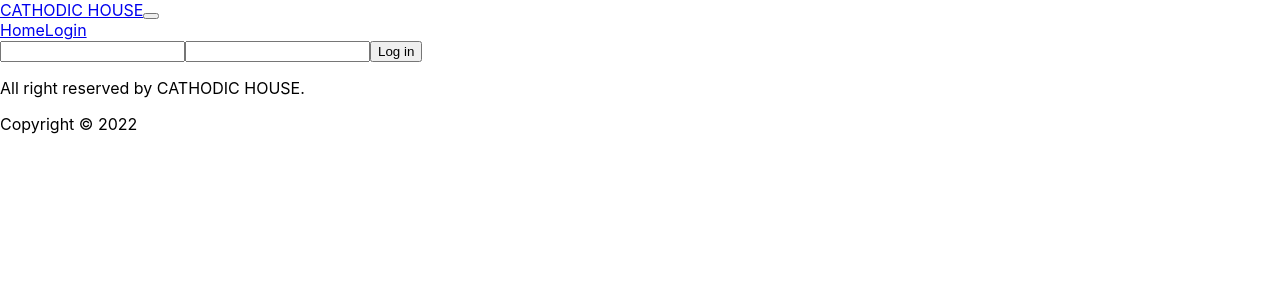
Repository: grnisna/warehouse-management-client-11
Page: /login
The author's editor kept a copy of each file at every save. The page is drawn from the files as they stood at one save, then again after the next save.
The browser window is 1280 px wide. The pictures show the whole page.
The project was rebuilt for these pictures with package versions that can differ from the ones it lists, and the page was loaded fresh each time. Also part of the build but not shown: src/components/Home/Carosel/Carosel.css, src/components/Home/Carosel/Carosel.js, src/components/Hooks/UseItems/UseItems.js, src/components/Home/Item/Item.css, src/components/Home/Item/Item.js, src/components/Home/Items/Items.css, src/components/Home/Items/Items.js, src/components/Home/Home.js and 2 more.

Above is the page before, as saved 2022-05-09 12:07:09.

### src/App.js
import { Route, Routes } from 'react-router-dom';
import Login from './components/Login/Login/Login';
import Header from './components/Home/Header/Header';
import Home from './components/Home/Home';
import ItemDetail from './components/Home/ItemDetail/ItemDetail';
import Footer from './components/Home/Footer/Footer';
import Carosel from './components/Home/Carosel/Carosel';


function App() {
  return (
    <div>
      <Header></Header>
      <Routes>
        <Route path='/' element={<Home></Home>} ></Route>
        <Route path='/home' element={<Home></Home>} ></Route>
        <Route path='/carosel' element={<Carosel></Carosel>} ></Route>
        <Route path='/itemDetail/:itemId' element={<ItemDetail></ItemDetail>} ></Route>
        <Route path='/login' element={<Login></Login>} ></Route>
      </Routes>
      <Footer></Footer>
    </div>
  );
}

export default App;

### src/components/Login/Login/Login.js
import React from 'react';
import auth from './firebase/firebase.init';
import { useCreateUserWithEmailAndPassword } from 'react-firebase-hooks/auth';

const Login = () => {
    const [
        createUserWithEmailAndPassword,
        user,
        loading,
        error,
      ] = useCreateUserWithEmailAndPassword(auth);

      const handleSignIn = event =>{
          event.preventDefault();
          const email = event.target.email.value;
          const password = event.target.password.value;
        createUserWithEmailAndPassword(email,password);
      }
    return (
        <div>
            <form onSubmit={handleSignIn} >
                <input type="email" name="email" id="" />
                <input type="password" name="password" id="" />
                <input type="submit" value="Log in" />
            </form>
        </div>
    );
};

export default Login;

### src/components/Home/Header/Header.js
import React from 'react';
import { Container, Nav, Navbar } from 'react-bootstrap';
import { Link } from 'react-router-dom';

const Header = () => {
    return (
        <Navbar collapseOnSelect expand="lg" bg="dark" variant="dark">
            <Container>
                <Navbar.Brand as={Link} to="/home">CATHODIC HOUSE</Navbar.Brand>
                <Navbar.Toggle aria-controls="responsive-navbar-nav" />
                <Navbar.Collapse id="responsive-navbar-nav">
                    <Nav className="me-auto">
                        <Nav.Link href="#"></Nav.Link>
                        <Nav.Link href="#"></Nav.Link>

                    </Nav>
                    <Nav>
                        <Nav.Link as={Link} to="/home">Home</Nav.Link>
                        <Nav.Link eventKey={2}as={Link} to='/login'>
                            Login
                        </Nav.Link>
                    </Nav>
                </Navbar.Collapse>
            </Container>
        </Navbar>
    );
};

export default Header;

### src/components/Home/Footer/Footer.js
import React from 'react';

const Footer = () => {
    const date = new Date().getFullYear();
    return (
        <div className='backgrond p-3 text-center' >
            <p>All right reserved by CATHODIC HOUSE.</p>
            <p><span>Copyright &copy; {date} </span></p>
        </div>
    );
};

export default Footer;

### src/components/Login/Login/firebase/firebase.init.js
// Import the functions you need from the SDKs you need
import { initializeApp } from "firebase/app";

import { getAuth } from "firebase/auth";
// TODO: Add SDKs for Firebase products that you want to use
// https://firebase.google.com/docs/web/setup#available-libraries

// Your web app's Firebase configuration
// For Firebase JS SDK v7.20.0 and later, measurementId is optional
const firebaseConfig = {
  apiKey: process.env.REACT_APP_apiKey,
  authDomain: process.env.REACT_APP_authDomain,
  projectId: process.env.REACT_APP_projectId,
  storageBucket: process.env.REACT_APP_storageBucket,
  messagingSenderId: process.env.REACT_APP_messagingSenderId,
  appId: process.env.REACT_APP_appId,
  measurementId: process.env.REACT_APP_measurementId
};

// Initialize Firebase
const app = initializeApp(firebaseConfig);

const auth = getAuth(app);

export default auth;

### src/components/Home/Footer/Footer.css
.backgrond{
    background-color: rgb(95, 91, 91);
}

Loaded but not shown: src/index.js (common file); src/index.css (common file); src/reportWebVitals.js (common file)

After the next save:
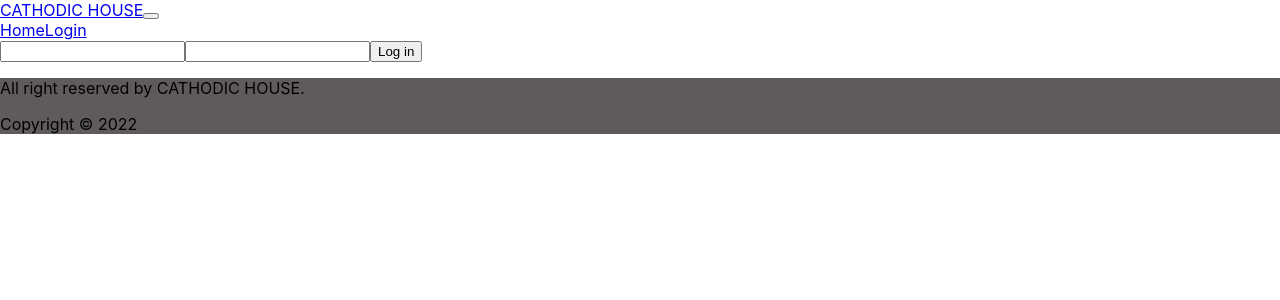
Saved 17 s later.
--- a/src/components/Home/Footer/Footer.js
+++ b/src/components/Home/Footer/Footer.js
@@ -1,4 +1,5 @@
 import React from 'react';
+import './Footer.css';
 
 const Footer = () => {
     const date = new Date().getFullYear();
